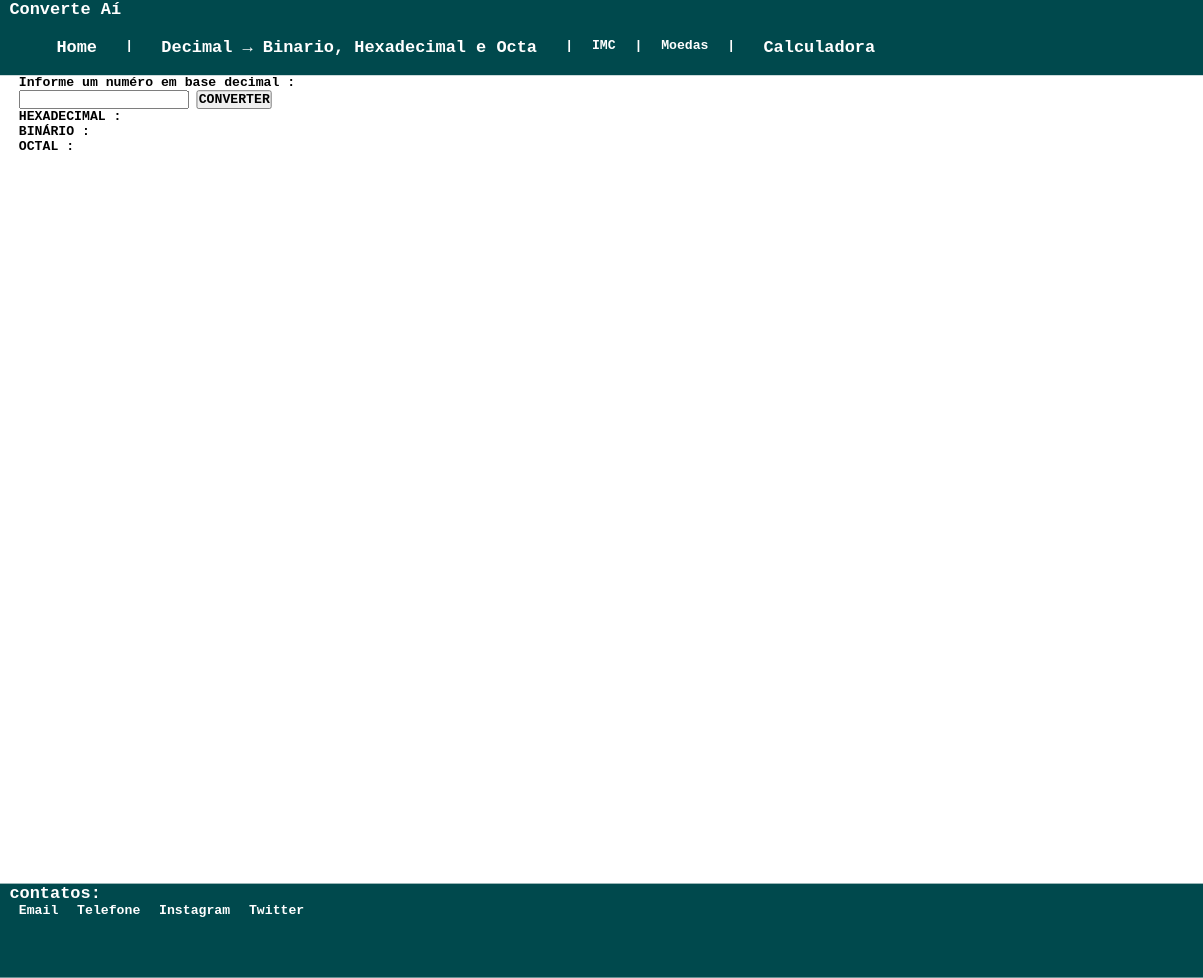
Repository: Frav1u/converteai
Page: ConverteAi/src/main/webapp/decimalParaBinario.html
These files come from the project's save history. The page is drawn as it stood at one moment and after the next save; the edit follows.
The browser window is 1280 px wide. The pictures show the whole page, at 94% of full size.
Some web fonts or font styles are not loaded; a fallback is used.

Above is the page before, as saved 2023-09-30 23:07:19.

### ConverteAi/src/main/webapp/decimalParaBinario.html
<!DOCTYPE html>
<html>
<head>
	<meta charset="UTF-8">
<title>Decimal Para Binario</title>
<link href="https://fonts.googleapis.com/css2?family=Inter:wght@400;700&family=Space+Mono:wght@400;700&display=swap"
        rel="stylesheet">
    <link rel="stylesheet" href="style.css">
</head>
<body>
		<header>
		<a>Converte Aí</a>
		<nav>
			<ul class="menu">
				<l><a href="home.html">Home</a></l>
				<li>  |  </li>
				<li><a href="decimalParaBinario.html">Decimal → Binario, Hexadecimal e Octa</a></li>
				<li>  |  </li>
				<li>IMC</li>
				<li>  |  </li>
				<li>Moedas</li>
				<li>  |  </li>
				<li><a href="calculadora.html">Calculadora</a></li>
			</ul>
		</nav>
	</header>

	<main class="conversorBase">
	    <ul>
        <li class="inputs">
            <p class="infoInput">Informe um numéro em base decimal :</p>
            <input type="text" class="entrada" onkeypress="return event.charCode >= 48 && event.charCode <= 57">
            <button type="button"class="converter" id="converter">CONVERTER</button>
        </li>
        <li class="outputs">
            <p class="infoHexa">HEXADECIMAL :</p>
            <p class="resultadoHexa" id="resultadoHexa"></p>
            <p class="infoBinario">BINÁRIO :</p>
            <p class="resultadoBinario" id="resultadoBinario"></p>
            <p class="infoOctal">OCTAL :</p>
            <p class="resultadoOctal" id="resultado"></p>
            </ul>
        </li>
	</main>


	<footer>
		<a>contatos: </a>
		<ul class="contatos">
			<li>Email</li>
			<li>Telefone</li>
			<li>Instagram</li>
			<li>Twitter</li>
		</ul>

	</footer>
</body>

</html>

### ConverteAi/src/main/webapp/style.css
@charset "ISO-8859-1";
* {
    margin: 0;
    padding: 0;
    box-sizing: border-box;
    list-style: none;
    font-family: 'Space Mono', monospace;
    font-weight: 600;
    font-size: 14px;
    outline: none;
}



main{
	height: 860px;
}

a{font-size: 18px;
	margin: 10px;


}

.menu{
	color: white;
	display: flex;
	margin-top: 20px;
	margin-left: 50px;

}

.tituloProposito{
	margin-top: 30px;
	margin-left: 50px;

}


.proposito{
	margin-top: 15px;
	margin-left: 50px;

}

li{
	font-size: 14px;
	margin-left: 20px;

}

header{
	background-color: hsl(183, 100%, 15%);
	color: white;
	height: 80px;

}

.contatos{
	display: flex;
}

footer{
	background-color: hsl(183, 100%, 15%);
	color: white;
	height: 100px;

}

conversorBase{
	    display: flex;
    justify-content: center;
}

 a, a:hover, a:focus, a:active {
      text-decoration: none;
      color: inherit;
 }

After the next save:
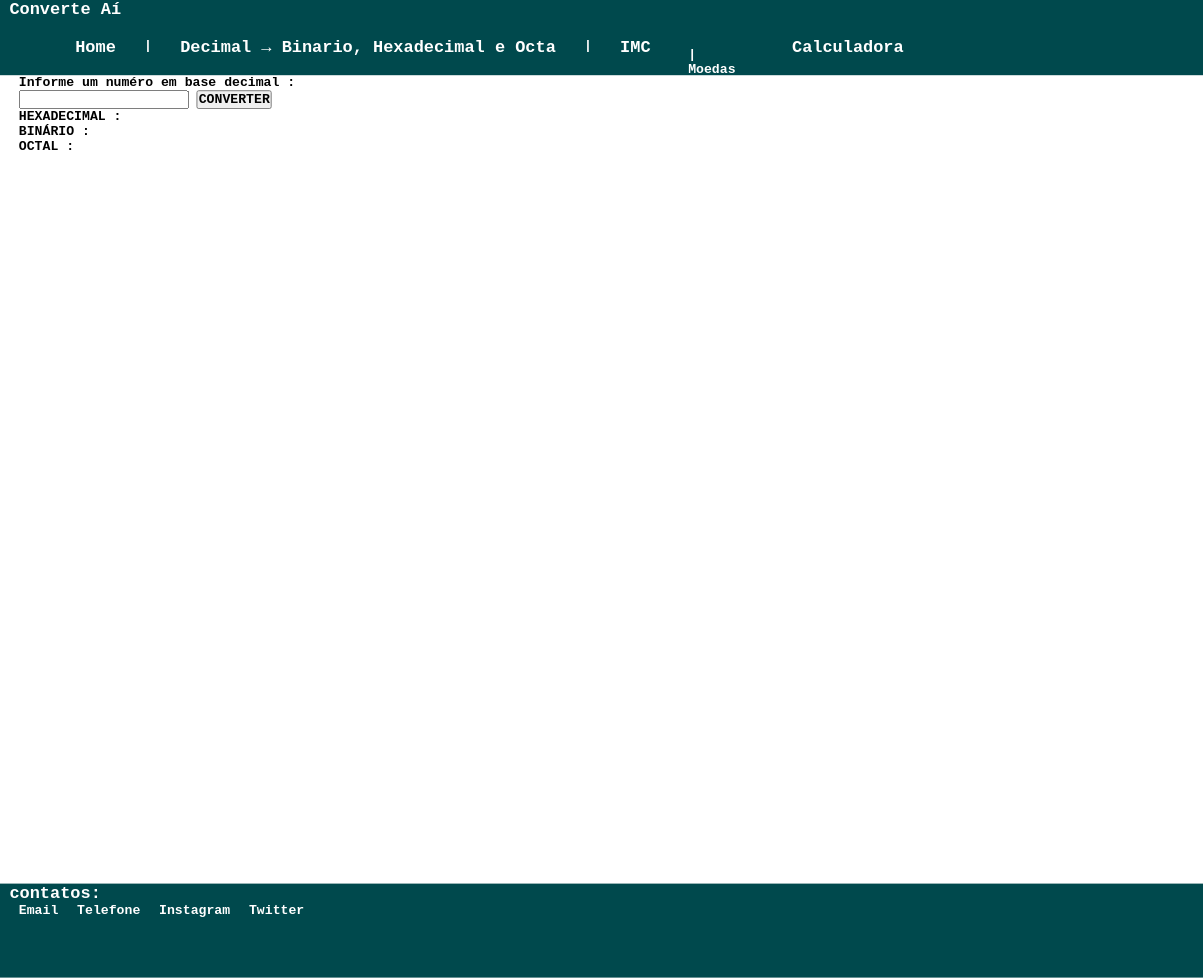
Saved 117 s later.
--- a/ConverteAi/src/main/webapp/decimalParaBinario.html
+++ b/ConverteAi/src/main/webapp/decimalParaBinario.html
@@ -12,11 +12,11 @@
 		<a>Converte Aí</a>
 		<nav>
 			<ul class="menu">
-				<l><a href="home.html">Home</a></l>
+				<li><a href="home.html">Home</a></li>
 				<li>  |  </li>
 				<li><a href="decimalParaBinario.html">Decimal → Binario, Hexadecimal e Octa</a></li>
 				<li>  |  </li>
-				<li>IMC</li>
+				<li><a href="imc.html">IMC</></li>
 				<li>  |  </li>
 				<li>Moedas</li>
 				<li>  |  </li>
